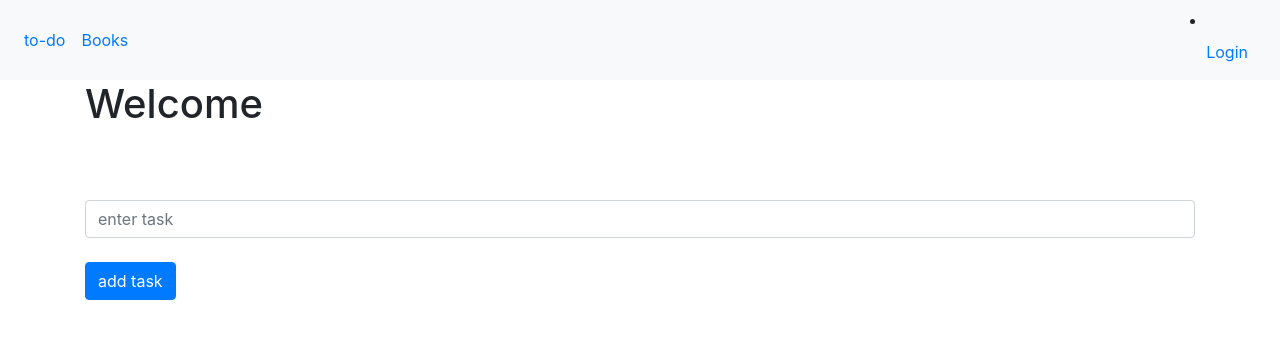
Repository: omniabadry/react-test
Page: /ToDo
These files come from the project's save history. The page is drawn as it stood at one moment and after the next save; the edit follows.
The browser window is 1280 px wide. The pictures show the whole page.
The project was rebuilt for these pictures with package versions that can differ from the ones it lists, and the page was loaded fresh each time.

Above is the page before, as saved 2021-02-09 13:54:05.

### src/App.js
import React, { useState } from 'react';
import {Collapse,Navbar,NavbarToggler,Nav,NavItem,NavLink} from 'reactstrap';
import { BrowserRouter as Router, Link } from "react-router-dom";
import Routes from "./Routes";

function App() {

  return (
    <Router>
      <Navbar color="light" light expand="md">
        <NavbarToggler />
        <Collapse navbar>
          <Nav className="mr-auto" navbar>
            <NavItem>
              <NavLink><Link to="/ToDo">to-do</Link></NavLink>
            </NavItem>
            <NavItem>
              <NavLink><Link to="/Books">Books</Link></NavLink>
            </NavItem>
          </Nav>
          <NavItem >
            <NavLink >
            <Link to="/login">Login</Link>
            </NavLink>
          </NavItem>
        </Collapse>
      </Navbar>
      <Routes/>
    </Router>
  );
}

export default App;

### src/Routes.js
import React, { Suspense } from "react";
import { Route , Switch} from "react-router-dom";

const Login = React.lazy(() => import('./components/login'));
const Books = React.lazy(() => import("./components/books"));
const ToDo = React.lazy(() => import("./components/to-do"));

export default function Routes() {
    return (
      <Suspense fallback="loading.....">
        <Switch>
          <Route path="/login" exact component={Login} />
          <Route path="/Books" exact component={Books} />
          <Route path="/ToDo" exact component={ToDo} />
        </Switch>
      </Suspense>
    );
  }

### src/components/to-do.js
import { useState , useEffect } from "react";
export default function ToDo() {
    const [email,setEmail]=useState()
    const [task, setTask] = useState();
    const [tasks, setTasks] = useState([]);

   const handleInput=(event)=>{
       let value =event.target.value
        setTask(value);
    }
    const addTask = ()=>{
        let items = tasks.slice();
        items.push(task);
        setTasks(items);
        setTask("");
    }
    const deleteTask = (index)=>{
        let items = tasks.slice();
        items.splice(index,1);
        setTasks(items)
    }


    const getListItems=()=>{
    let items = []
    if(tasks){
        for (let index = 0; index < tasks.length; index++) {
            items.push(<span><li><del>{tasks[index]}</del></li><button className="deletebtn" onClick={()=>deleteTask(index)}>delete</button><br /></span>)
        }
    }
    return items
   }


    return (
        <div class="container">
            <h1>Welcome {localStorage.getItem("email")}</h1>
            <br/>
            <br/>
            <ul className="ul">
                {getListItems()}
            </ul>
            <input
                placeholder="enter task"
                onChange={handleInput}
                className="form-control mb-4"
                value={task}
            />
            <button class="btn btn-primary" onClick={addTask}>add task</button>
        </div>
    )
}

Loaded but not shown: public/index.html (common file); src/index.js (common file); src/index.css (common file); src/reportWebVitals.js (common file)

After the next save:
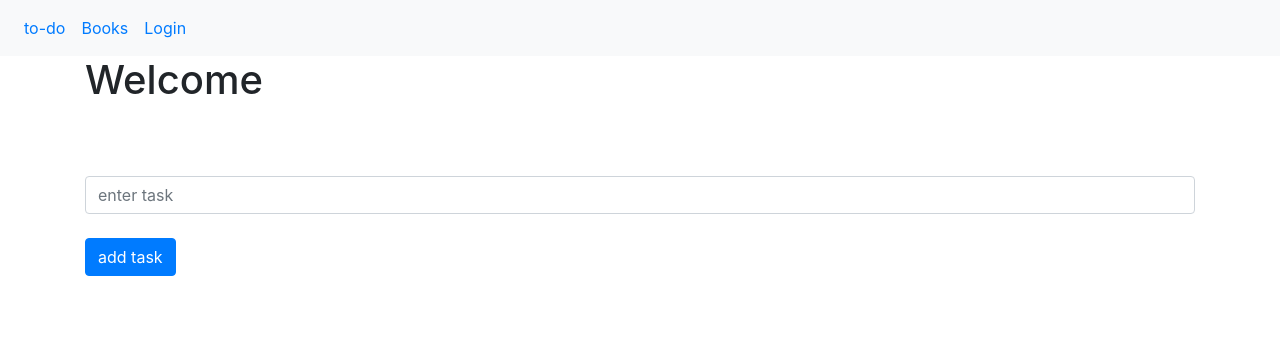
Saved 36 s later.
--- a/src/App.js
+++ b/src/App.js
@@ -17,12 +17,10 @@ function App() {
             <NavItem>
               <NavLink><Link to="/Books">Books</Link></NavLink>
             </NavItem>
+            <NavItem >
+              <NavLink ><Link to="/login">Login</Link></NavLink>
+            </NavItem>
           </Nav>
-          <NavItem >
-            <NavLink >
-            <Link to="/login">Login</Link>
-            </NavLink>
-          </NavItem>
         </Collapse>
       </Navbar>
       <Routes/>
